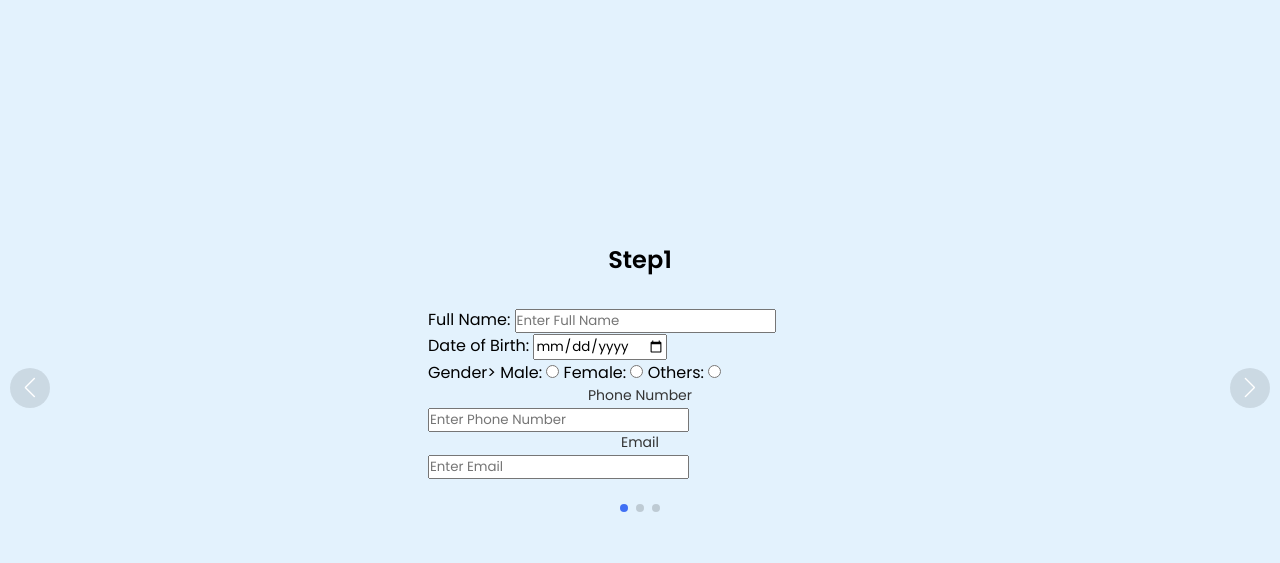
Repository: Habeebur1493/-22-multi-step-form
Page: index.html
The author's editor kept a copy of each file at every save. The page is drawn from the files as they stood at one save, then again after the next save.
The browser window is 1280 px wide. The pictures show the whole page.

Above is the page before, as saved 2024-10-13 12:51:03.

After the next save:
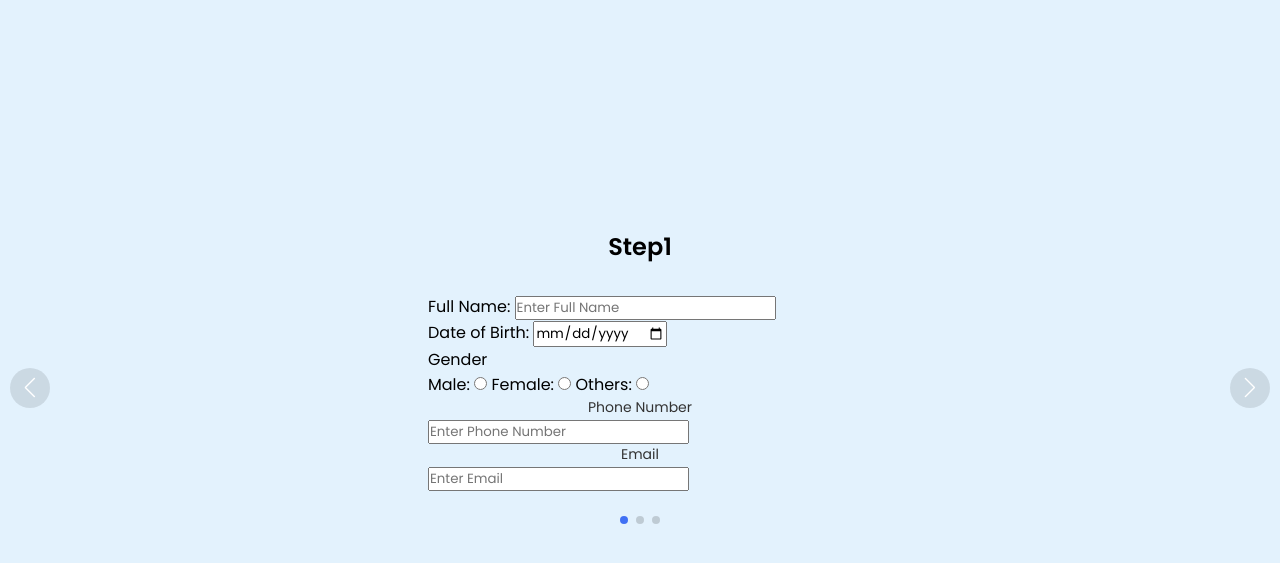
Saved 13 s later.
--- a/index.html
+++ b/index.html
@@ -31,7 +31,8 @@
               Date of Birth:
               <input type="date" placeholder="Date of Birth" />
               <br>
-              Gender>
+              Gender
+              <br>
               Male:
               <input type="radio" name="Gender:" id="">
               Female:
